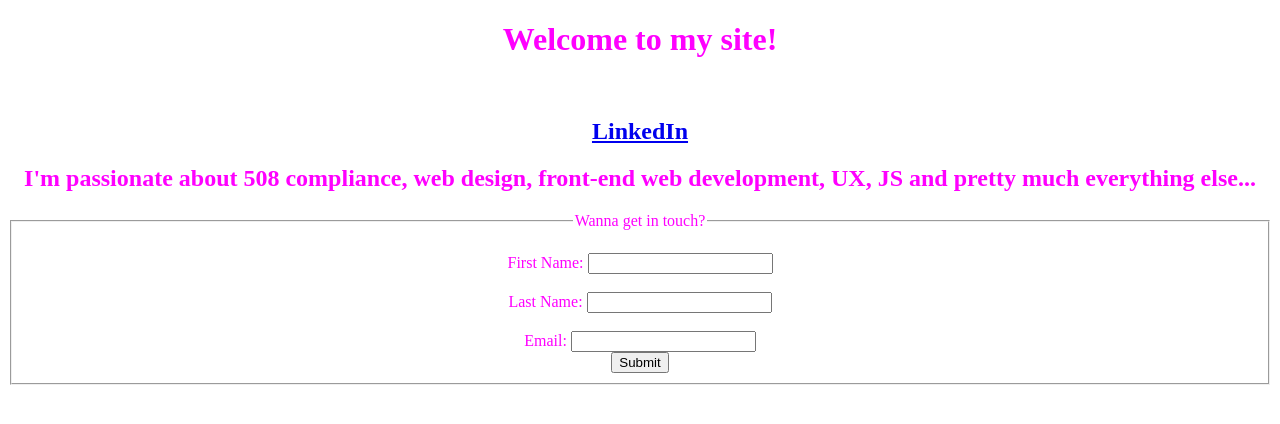
Repository: jasvr/jasvr.io
Page: index.html
The author's editor kept a copy of each file at every save. The page is drawn from the files as they stood at one save, then again after a run of saves.
The browser window is 1280 px wide. The pictures show the whole page.

Above is the page before, as saved 2020-01-10 14:39:55.

### index.html
<!DOCTYPE html>
<html lang="en">
<head>
    <meta charset="UTF-8">
    <meta name="viewport" content="width=device-width, initial-scale=1.0">
    <meta http-equiv="X-UA-Compatible" content="ie=edge">
    <title>Jasmin Vargas</title>
    <link href="style.css" type="text/css" rel="stylesheet">
</head>
<body>
    <h1>Welcome to my site!</h1>
    <br>
    <h2><a href="https://www.linkedin.com/in/jasvrgs/">LinkedIn</a></h2>
    <h2>I'm passionate about 508 compliance, web design, front-end web development, UX, JS and pretty much everything else...</h2>

    <fieldset>
        <legend>Wanna get in touch?</legend>
        <div>
            <br>
            <label for ="firstname">First Name: </label>
            <input type="text" name="firstname"/>
        </div>
        <div>
            <br>
            <label for ="lastname">Last Name: </label>
            <input type="text" name="lastname"/>
        </div>
        <div>
            <br>
            <label for ="email">Email: </label>
            <input type="text" name="email"/>
        </div>
        <input type="submit" value="Submit">
    </fieldset>
</body>
</html>

### style.css
body{
    color:magenta;
    text-align:center;
    }

    *:focus{
        outline: 0;
        box-shadow: 0 0 10px #eb0486;
        border-color: #eb0486;
    }

    a:focus{
        color: #eb0486;
        font-weight: bold;
    }

    .button:focus{
        background-color: #eb0486;

    }

After the next 2 saves:
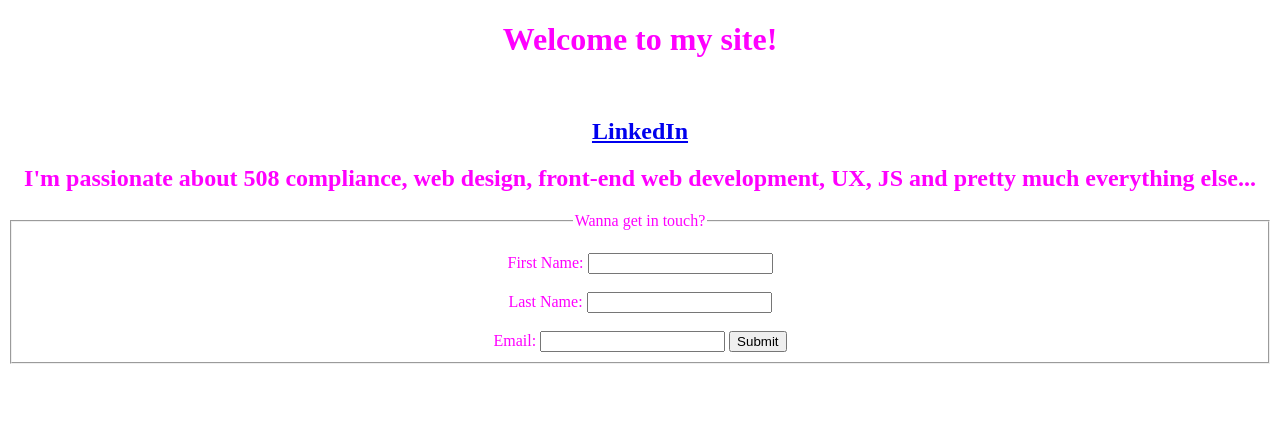
The 2 saves are shown as one change because they came seconds apart.
The last was saved 7 s later.
--- a/index.html
+++ b/index.html
@@ -29,8 +29,9 @@
             <br>
             <label for ="email">Email: </label>
             <input type="text" name="email"/>
+            <input type="submit" value="Submit">
         </div>
-        <input type="submit" value="Submit">
+
     </fieldset>
 </body>
 </html>
